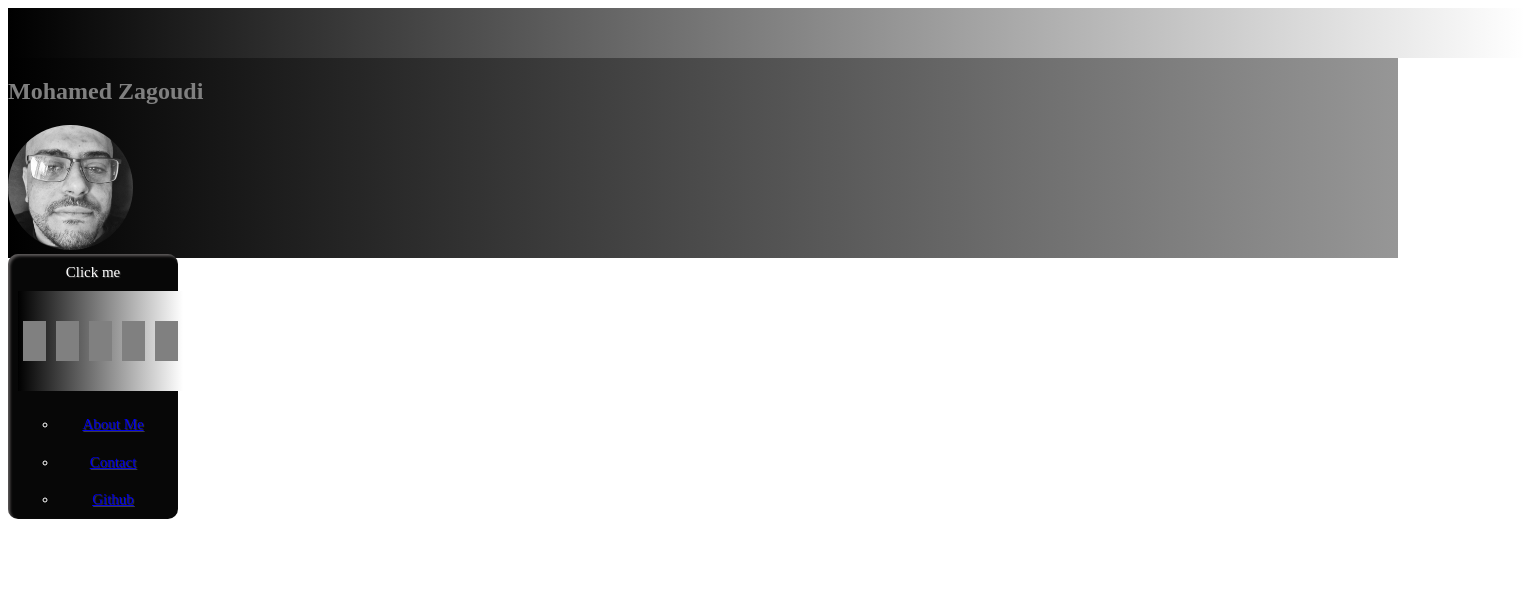
Repository: Mohzagou/Eersteportofolio
Page: index.html
The author's editor kept a copy of each file at every save. The page is drawn from the files as they stood at one save, then again after the next save.
The browser window is 1280 px wide. The page is 1525 px wide, so the pictures cover 1525 px, including what lies to the right of the window. The pictures show the whole page.

Above is the page before, as saved 2022-06-07 23:52:46.

### index.html
<!DOCTYPE html>


<head>
    <link rel="stylesheet" href="styles.css" />
    <meta charset="UTF-8">

    <title>Document</title>
</head>

<body>

    <header></header>
    <div class="about-me">
        <h2 id="name">Mohamed Zagoudi</h2>
        <img class="avatar" src="images/67gwzvy.jpeg" alt="Mohamed Zagoudi headshot">
        <div class="button"> Click me</button>


            <section>
                <div class="test"></div>
                <div class="test"></div>
                <div class="test"></div>
                <div class="test"></div>
                <div class="test"></div>
            </section>
            <footer>
                <ul style="list-style-type: circle ">
                    <li><a href=" ">About Me</a></li>
                    <li><a href=" ">Contact</a></li>
                    <li><a href="https://github.com/Mohzagou ">Github</a></li>

                </ul>

            </footer>



</body>



</html>

### styles.css
                            body {
                                display: flex;
                                flex-direction: column;
                            }

                            header {
                                width: 120%;
                                height: 50px;
                                background-image: linear-gradient(to right, black, grey, white);
                                /*background-color: rgb(113, 74, 145);*/
                            }

                            section {
                                width: 110%;
                                height: 100px;
                                background-image: linear-gradient(to right, black, grey, white);
                                background-color: #234def;
                                display: flex;
                                align-items: center;
                                justify-content: center;
                            }

                            .about-me {
                                width: 110%;
                                height: 200px;
                                background-image: repeating-linear-gradient(to right, black, grey, white 170%);
                                /*background-color: rgb(177, 69, 21, 0.8);*/
                                /*margin: 10px 0 10px 0;
    border: solid black 10px;
    border-radius: 15px;*/
                            }

                            .avatar {
                                width: 125px;
                                border-radius: 62px;
                                background-image: repeating-linear-gradient(to right, black, grey, 110%);
                            }

                            #name {
                                color: grey;
                            }

                            .test {
                                width: 40px;
                                height: 40px;
                                background-color: grey;
                                margin: 5px;
                            }

                            .button {
                                border: 0;
                                padding: 0 10px;
                                font-size: 15px;
                                width: 150px;
                                text-align: center;
                                line-height: 2.5;
                                color: rgb(255, 255, 255);
                                text-shadow: 1px 1px 1px rgb(61, 60, 60);
                                background-color: rgb(7, 7, 7);
                                background-image: linear-gradient(to top left, rgba(250, 245, 245, 0.2), rgba(0, 0, 0, 0.2) 30%, rgba(248, 243, 243, 0), );
                                box-shadow: inset 2px 2px 3px rgba(233, 224, 224, 0.4);
                                border-radius: 10px;
                            }

                            .button:hover {
                                background-color: rgb(107, 104, 104);
                            }

                            .button:active {
                                box-shadow: inset -2px -2px 3px rgba(107, 104, 104, 0.8);
                            }

After the next save:
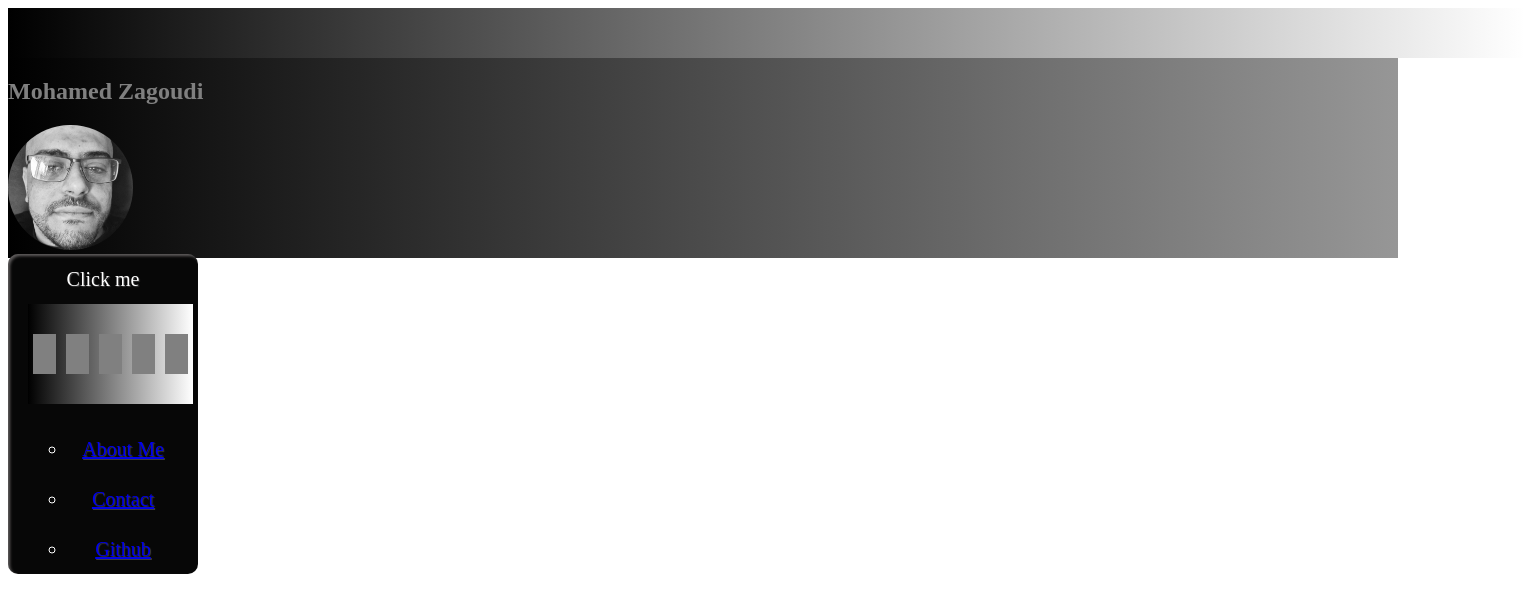
Saved 38 s later.
--- a/styles.css
+++ b/styles.css
@@ -49,8 +49,8 @@
 
                             .button {
                                 border: 0;
-                                padding: 0 10px;
-                                font-size: 15px;
+                                padding: 0 20px;
+                                font-size: 20px;
                                 width: 150px;
                                 text-align: center;
                                 line-height: 2.5;
